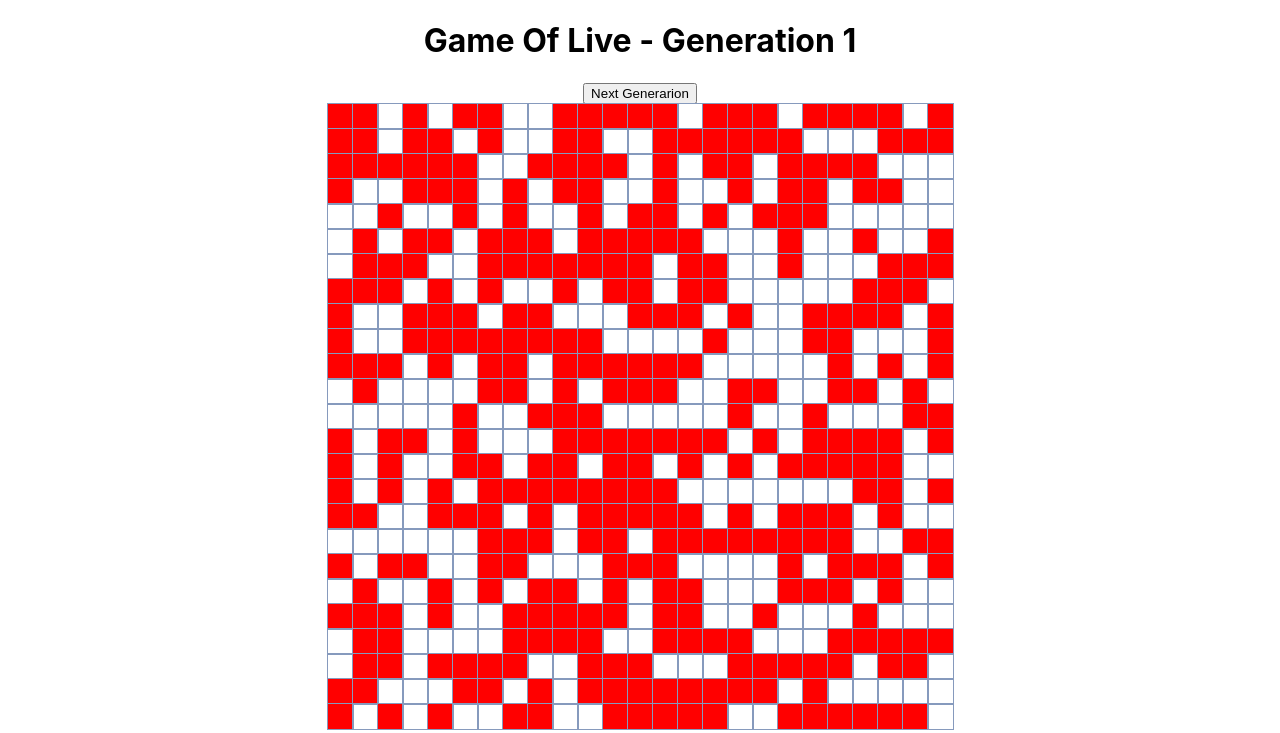
Repository: cfaguilera20/gol
Page: /
These files come from the project's save history. The page is drawn as it stood at one moment and after the next save; the edit follows.
The browser window is 1280 px wide. The pictures show the whole page.
The project was rebuilt for these pictures with package versions that can differ from the ones it lists, and the page was loaded fresh each time.

Above is the page before, as saved 2021-07-25 12:28:31.

After the next save:
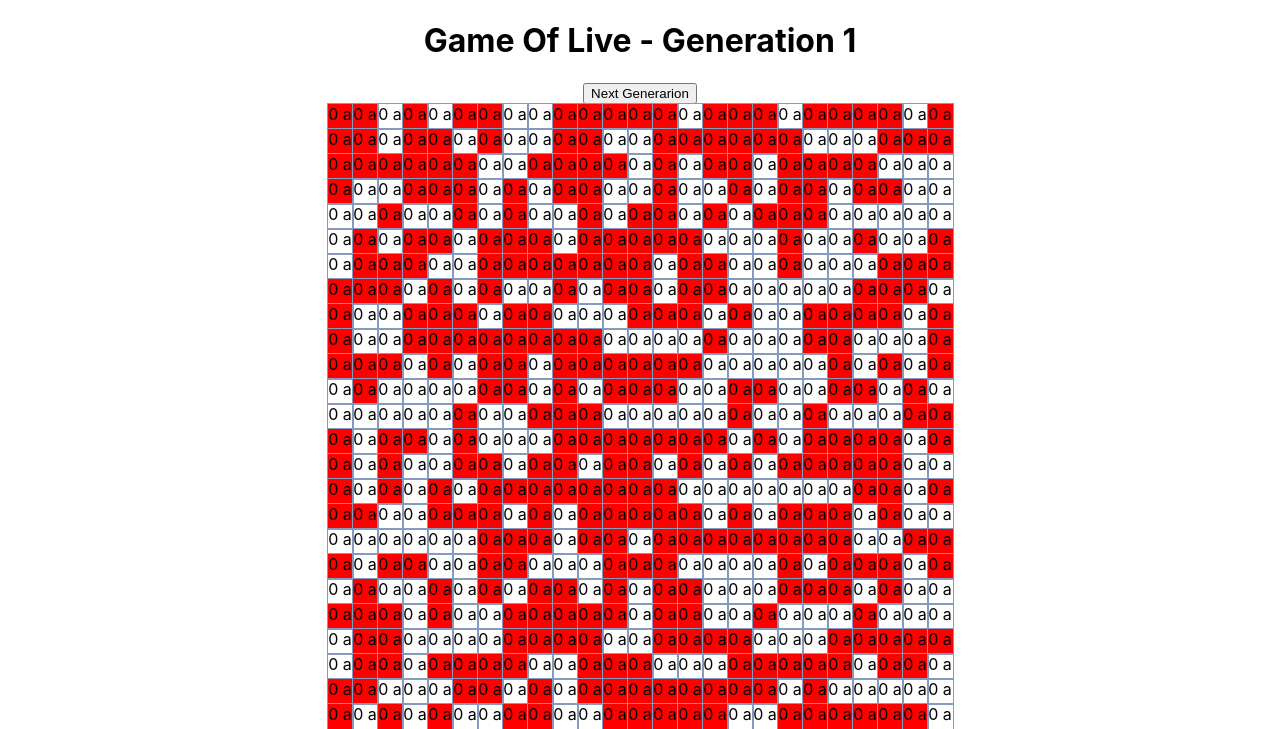
Saved 99 s later.
--- a/src/components/Board.jsx
+++ b/src/components/Board.jsx
@@ -24,8 +24,12 @@ const Board = (props) => {
                     <div key={rowIdx} className="row">
                         {row.map((cell, cellIdx) => {
                             const className = cell.getColor();
+                            const neighborsAlive =
+                                cell.getNeighborsAliveCounter();
                             return (
-                                <div key={cellIdx} className={className}></div>
+                                <div key={cellIdx} className={className}>
+                                    {neighborsAlive} a
+                                </div>
                             );
                         })}
                     </div>
@@ -66,7 +70,7 @@ class Cell {
     }
 
     nextGeneration() {
-        return this.getNeighborsAliveCounter > 2;
+        return this.getNeighborsAliveCounter() > 2;
     }
 }
 
